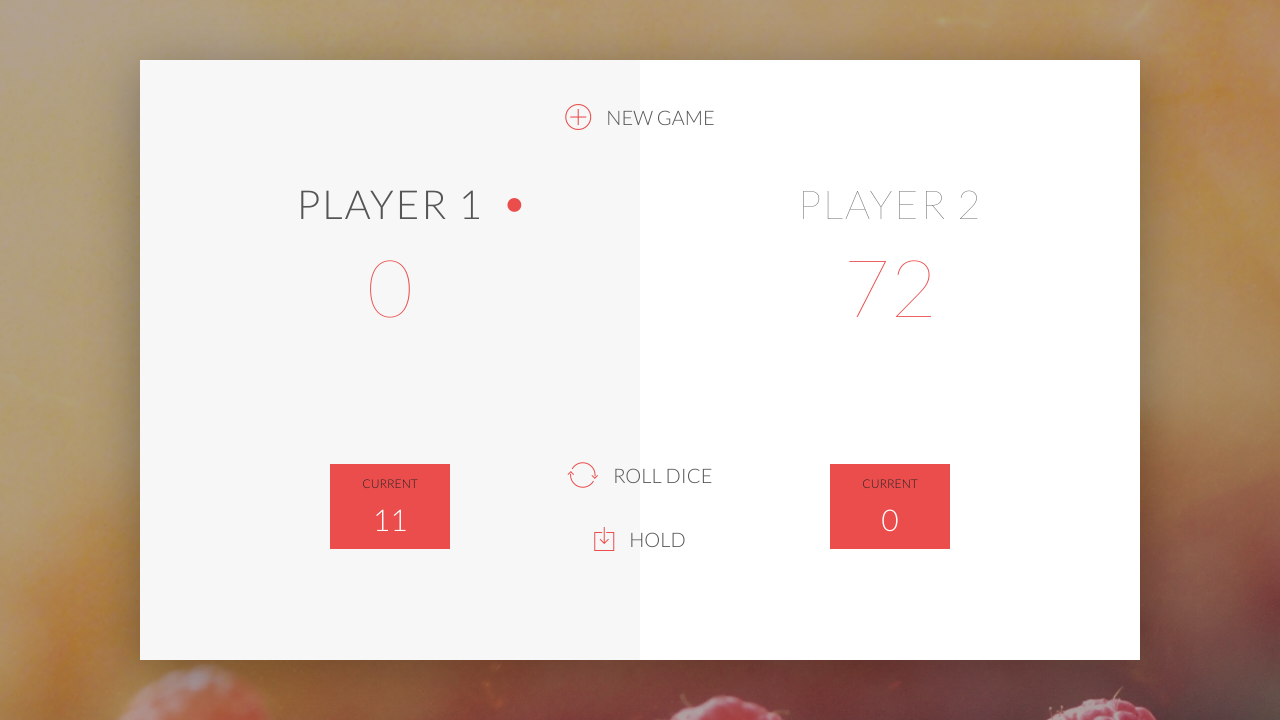
Repository: hexanek/hexanek.github.io
Page: pig-game/index.html
These files come from the project's save history. The page is drawn as it stood at one moment and after the next save; the edit follows.
The browser window is 1280 px wide. The pictures show the whole page.

Above is the page before, as saved 2019-12-17 21:18:49.

After the next save:
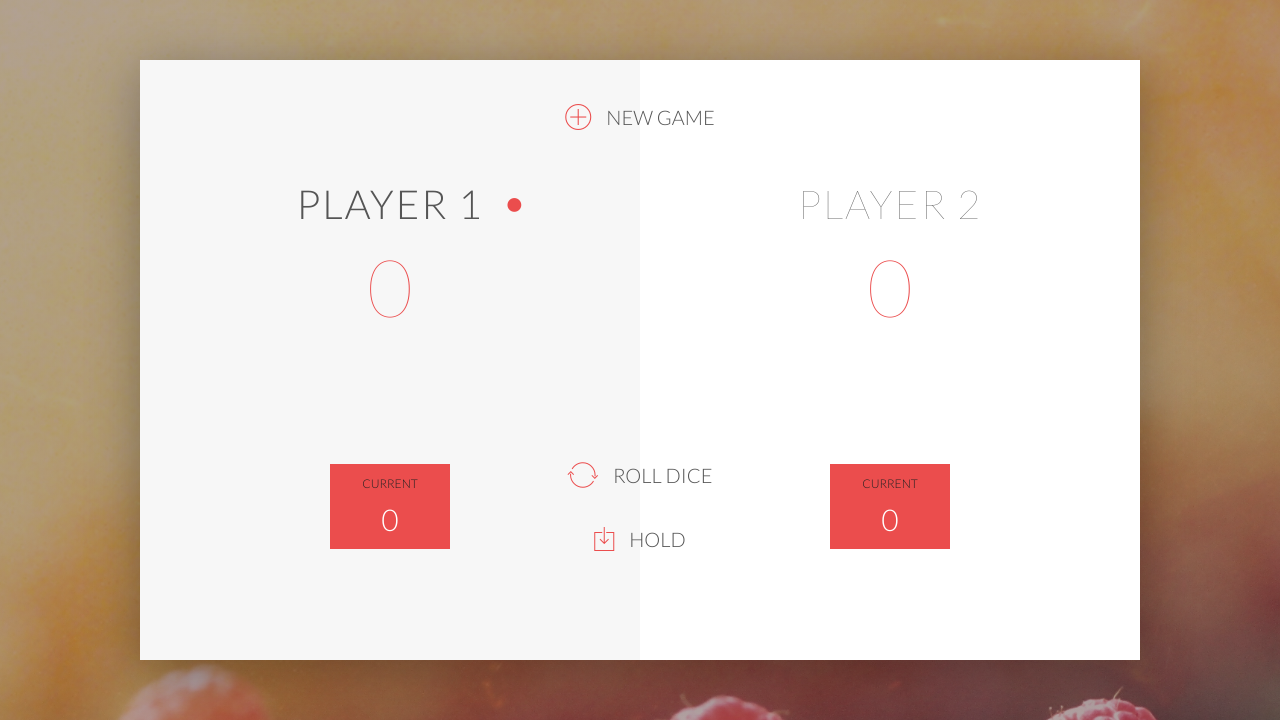
Saved 43 s later.
--- a/pig-game/app.js
+++ b/pig-game/app.js
@@ -19,6 +19,9 @@ activePlayer = 0;
 
 //document.querySelector('#current-'+ activePlayer).textContent = dice;
 document.getElementById('score-0').textContent = '0';
+document.getElementById('score-1').textContent = '0';
+document.getElementById('current-0').textContent = '0';
+document.getElementById('current-1').textContent = '0';
 
 
 document.querySelector('.dice').style.display = 'none';
